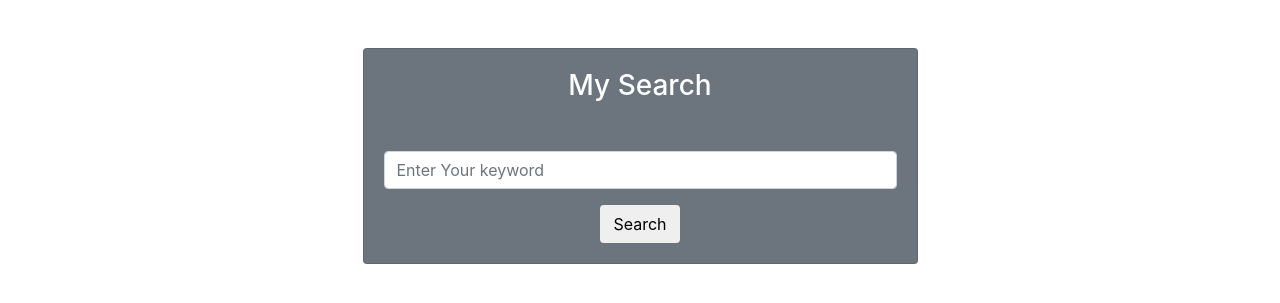
Repository: priyaadya/spring-practice-codes
Page: http://localhost/SearchPageMvc/home
These files come from the project's save history. The page is drawn as it stood at one moment and after the next save; the edit follows.
The browser window is 1280 px wide. The pictures show the whole page.
Some web libraries are served in a nearby version. The page is served by Tomcat 9.

Above is the page before, as saved 2023-06-04 18:22:09.

### SearchPageMvc/src/main/webapp/WEB-INF/spring-servlet.xml
<?xml version="1.0" encoding="UTF-8"?>
<beans xmlns="http://www.springframework.org/schema/beans"
       xmlns:xsi="http://www.w3.org/2001/XMLSchema-instance"
       xmlns:p="http://www.springframework.org/schema/p"
       xmlns:context="http://www.springframework.org/schema/context"
       xsi:schemaLocation="http://www.springframework.org/schema/beans
            http://www.springframework.org/schema/beans/spring-beans.xsd
            http://www.springframework.org/schema/context
            http://www.springframework.org/schema/context/spring-context-3.0.xsd">



            <context:component-scan base-package="SearchPageMvc"></context:component-scan>

            <bean class="org.springframework.web.servlet.view.InternalResourceViewResolver" name="viewResolver">
            <property name="prefix" value="/WEB-INF/views/"></property>
            <property name="suffix" value=".jsp"></property>
            </bean>


</beans>

### SearchPageMvc/src/main/webapp/WEB-INF/views/home.jsp
<!doctype html>
<html lang="en">
  <head>
    <!-- Required meta tags -->
    <meta charset="utf-8">
    <meta name="viewport" content="width=device-width, initial-scale=1, shrink-to-fit=no">

    <!-- Bootstrap CSS -->
    <link rel="stylesheet" href="https://cdn.jsdelivr.net/npm/bootstrap@4.0.0/dist/css/bootstrap.min.css" integrity="sha384-Gn5384xqQ1aoWXA+058RXPxPg6fy4IWvTNh0E263XmFcJlSAwiGgFAW/dAiS6JXm" crossorigin="anonymous">

    <title>Hello, world!</title>
  </head>
  <body>
 <div class="container">
 <div class="card mx-auto mt-5 bg-secondary" style="width:50%;">
 <div class="card-body">
 <h3 class="text-center text-white style="text-transform:uppercase">My Search</h3>
 <form class="mt-5">
 <div class="form-group">
 <input type="text" name="querybox" placeholder="Enter Your keyword"
 class="form-control">


 </div>
 <div class="container text-center">
 <button class="btn btn-outline-Light">Search</button>

 </div>

 </form>

 </div>

 </div>


 </div>

    <!-- Optional JavaScript -->
    <!-- jQuery first, then Popper.js, then Bootstrap JS -->
    <script src="https://code.jquery.com/jquery-3.2.1.slim.min.js" integrity="sha384-KJ3o2DKtIkvYIK3UENzmM7KCkRr/rE9/Qpg6aAZGJwFDMVNA/GpGFF93hXpG5KkN" crossorigin="anonymous"></script>
    <script src="https://cdn.jsdelivr.net/npm/popper.js@1.12.9/dist/umd/popper.min.js" integrity="sha384-ApNbgh9B+Y1QKtv3Rn7W3mgPxhU9K/ScQsAP7hUibX39j7fakFPskvXusvfa0b4Q" crossorigin="anonymous"></script>
    <script src="https://cdn.jsdelivr.net/npm/bootstrap@4.0.0/dist/js/bootstrap.min.js" integrity="sha384-JZR6Spejh4U02d8jOt6vLEHfe/JQGiRRSQQxSfFWpi1MquVdAyjUar5+76PVCmYl" crossorigin="anonymous"></script>
  </body>
</html>
</html>

### SearchPageMvc/src/main/java/SearchPageMvc/SearchController.java
package SearchPageMvc;

import org.springframework.stereotype.Controller;
import org.springframework.web.bind.annotation.RequestMapping;

@Controller
public class SearchController {

	@RequestMapping("/home")
	public String home() {

		System.out.println("going to home page");
		return "home";

	}



}

After the next save:
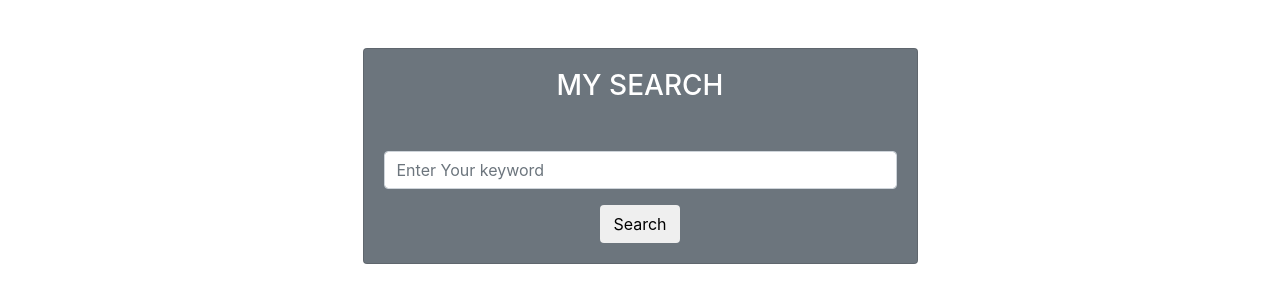
Saved 53 s later.
--- a/SearchPageMvc/src/main/webapp/WEB-INF/views/home.jsp
+++ b/SearchPageMvc/src/main/webapp/WEB-INF/views/home.jsp
@@ -14,7 +14,7 @@
  <div class="container">
  <div class="card mx-auto mt-5 bg-secondary" style="width:50%;">
  <div class="card-body">
- <h3 class="text-center text-white style="text-transform:uppercase">My Search</h3>
+ <h3 class="text-center text-white" style="text-transform:uppercase">My Search</h3>
  <form class="mt-5">
  <div class="form-group">
  <input type="text" name="querybox" placeholder="Enter Your keyword"
